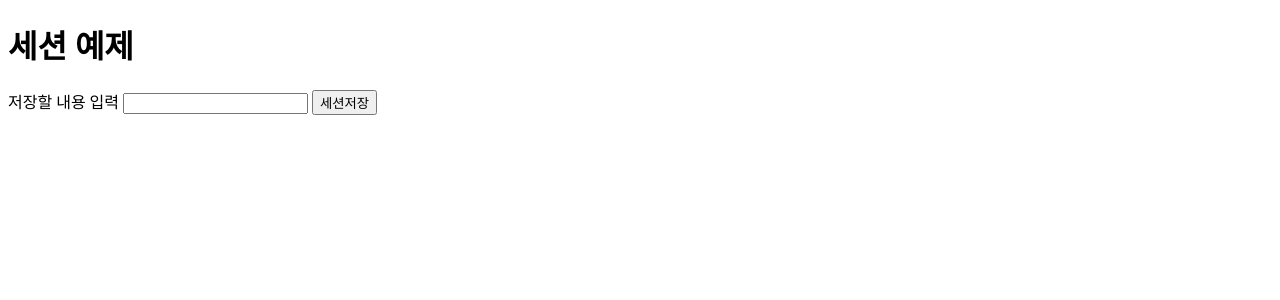
Repository: hari6180/JSP
Page: http://localhost/HelloWeb/07_session/session.jsp
An editor plug-in stored every save of this project. The page is shown before and after a run of saves, followed by the edit.
The browser window is 1280 px wide. The pictures show the whole page.
The page is served by Tomcat 9.

Above is the page before, as saved 2021-01-20 01:37:38.

After the next 2 saves:
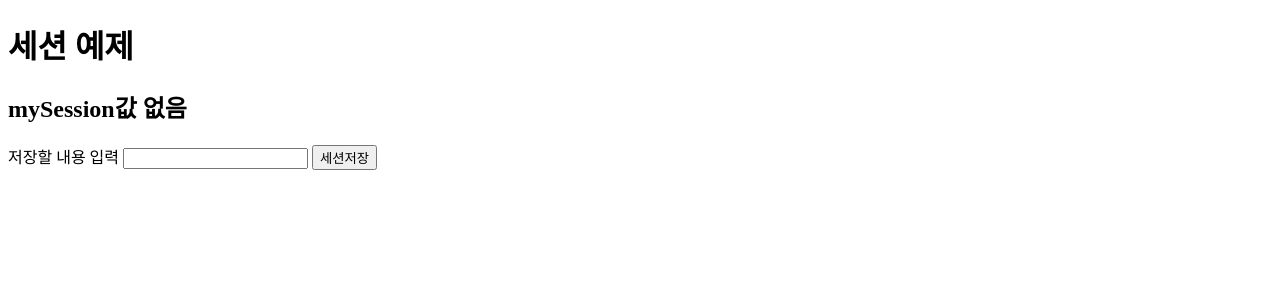
The 2 saves are shown as one change because 1 did not build or start.
The last was saved 87 s later.
--- a/HelloWeb/WebContent/07_session/session.jsp
+++ b/HelloWeb/WebContent/07_session/session.jsp
@@ -19,6 +19,14 @@
 
 <body>
     <h1>세션 예제</h1>
+    <%
+    	// 추출된 세션값(mySession)의 존재 여부에 따라 출력처리 분기
+    	if (mySession == null || mySession.equals("")) {
+    		out.println("<h2>mySession값 없음</h2>");
+    	} else {
+    		out.println("<h2>mySession=" + mySession + "</h2>");
+    	}
+    %>
 
     <form method="post" action="session_ok.jsp">
     	<label for="user_input">저장할 내용 입력</label>
